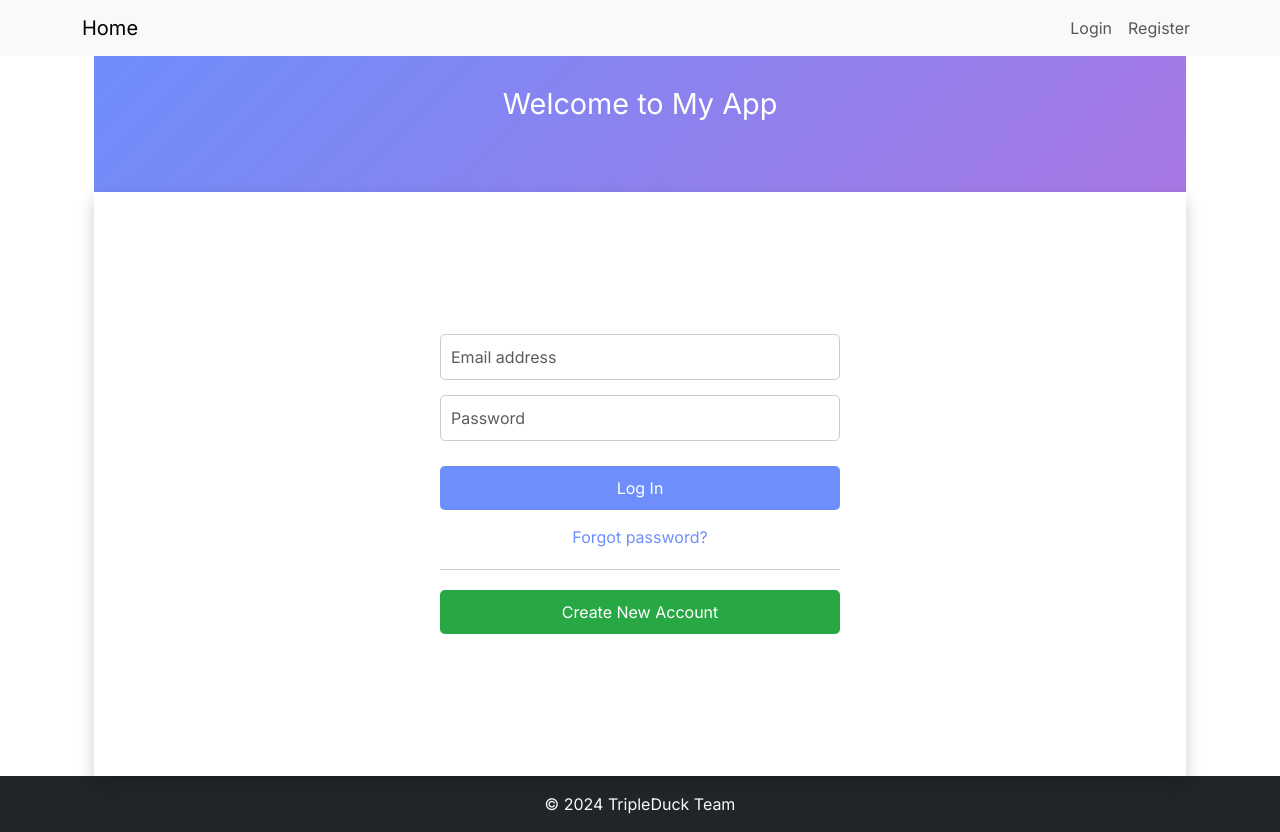
Repository: tdphong1293/KHDL01_DemoWebKafka
Page: /auth/login (app in Frontend_Client/)
An editor plug-in stored every save of this project. The page is shown before and after a run of saves, followed by the edit.
The browser window is 1280 px wide. The pictures show the whole page.
The project was rebuilt for these pictures with package versions that can differ from the ones it lists, and the page was loaded fresh each time. The framework's server and built-in components were replaced by stand-ins that run in the browser. Also part of the build but not shown: Frontend_Client/next.config.mjs.

Above is the page before, as saved 2024-07-21 20:48:13.

### Frontend_Client/src/app/layout.tsx
import type { Metadata } from "next";
import { Inter } from "next/font/google";
import 'bootstrap/dist/css/bootstrap.min.css';
// import "@/styles/globals.css";
import Header from "@/components/header";
import Footer from "@/components/footer";
import { Container } from "react-bootstrap";
import { ToastContainer } from 'react-toastify';
import 'react-toastify/dist/ReactToastify.css';

const inter = Inter({ subsets: ["latin"] });

export const metadata: Metadata = {
    title: "Create Next App",
    description: "Generated by create next app",
};

export default function RootLayout({
    children,
}: Readonly<{
    children: React.ReactNode;
}>) {
    return (
        <html lang="en">
            <body className={inter.className}>
                <Header />
                <Container>
                    {children}
                </Container>
                <Footer />
                <ToastContainer />
            </body>
        </html>
    );
}

### Frontend_Client/src/app/auth/login/page.tsx
// src/app/auth/login/page.tsx
'use client';

import { FC } from 'react';
import { Form, Button } from 'react-bootstrap';
import ClientLayout from '@/components/clientLayout';
import styles from '../../../styles/page.module.css';

const Login: FC = () => {
  const handleSubmit = (event: React.FormEvent<HTMLFormElement>) => {
    event.preventDefault();
    // Xử lý logic đăng nhập ở đây
  };

  return (
    <ClientLayout>
      <div className={styles.loginContainer}>
        <div className={styles.topPanel}>
          <p className={`${styles.description} ${styles.brand}`}>Welcome to My App</p>
        </div>
        <div className={styles.bottomPanel}>
          <Form onSubmit={handleSubmit} className={styles.loginForm}>
            <Form.Group controlId="formBasicEmail" className={styles.formGroup}>
              <Form.Control type="email" placeholder="Email address" required className={styles.input} />
            </Form.Group>

            <Form.Group controlId="formBasicPassword" className={styles.formGroup}>
              <Form.Control type="password" placeholder="Password" required className={styles.input} />
            </Form.Group>

            <Button variant="primary" type="submit" className={styles.loginButton}>
              Log In
            </Button>

            <div className={styles.forgotPassword}>
              <a href="#">Forgot password?</a>
            </div>

            <hr className={styles.separator} />

            <Button variant="success" className={styles.createAccountButton}>
              Create New Account
            </Button>
          </Form>
        </div>
      </div>
    </ClientLayout>
  );
};

export default Login;

### Frontend_Client/src/components/header.tsx
'use client'

import Container from 'react-bootstrap/Container';
import Nav from 'react-bootstrap/Nav';
import Navbar from 'react-bootstrap/Navbar';
import Link from "next/link";

function Header() {
    return (
        <Navbar expand="lg" className="bg-body-tertiary">
            <Container>
                <Navbar.Brand>
                    <Link href={"/"} className="navbar-brand">Home</Link>
                </Navbar.Brand>
                <Navbar.Toggle aria-controls="basic-navbar-nav" />
                <Navbar.Collapse id="basic-navbar-nav">
                    <Nav className="me-auto">
                        {/* Các liên kết khác nếu có */}
                    </Nav>
                    <Nav className="ms-auto"> {/* Đặt các liên kết ở góc phải */}
                        <Nav.Item>
                            <Link href={"/auth/login"} className="nav-link">Login</Link>
                        </Nav.Item>
                        <Nav.Item>
                            <Link href={"/auth/register"} className="nav-link">Register</Link>
                        </Nav.Item>
                    </Nav>
                </Navbar.Collapse>
            </Container>
        </Navbar>
    );
}

export default Header;

### Frontend_Client/src/components/footer.tsx
'use client'
export default function Footer() {
    return (
        <footer className="bg-dark text-light py-3" style={{ display: 'flex', alignItems: 'center', justifyContent: 'center' }}>
            &copy; 2024 TripleDuck Team
        </footer>
    );
};

### Frontend_Client/src/components/clientLayout.tsx
// src/components/ClientLayout.tsx
'use client';

import { Container } from 'react-bootstrap';
import Header from './header';
import Footer from './footer';
import { ReactNode } from 'react';

export default function ClientLayout({ children }: { children: ReactNode }) {
  return (
    <>
      <Container>
        {children}
      </Container>
    </>
  );
}

### Frontend_Client/src/styles/page.module.css
.main {
  display: flex;
  flex-direction: column;
  justify-content: space-between;
  align-items: center;
  padding: 6rem;
  min-height: 100vh;
}

.description {
  display: inherit;
  justify-content: inherit;
  align-items: inherit;
  font-size: 0.85rem;
  max-width: var(--max-width);
  width: 100%;
  z-index: 2;
  font-family: var(--font-mono);
}

.description a {
  display: flex;
  justify-content: center;
  align-items: center;
  gap: 0.5rem;
}

.description p {
  position: relative;
  margin: 0;
  padding: 1rem;
  background-color: rgba(var(--callout-rgb), 0.5);
  border: 1px solid rgba(var(--callout-border-rgb), 0.3);
  border-radius: var(--border-radius);
}

.code {
  font-weight: 700;
  font-family: var(--font-mono);
}

.grid {
  display: grid;
  grid-template-columns: repeat(4, minmax(25%, auto));
  max-width: 100%;
  width: var(--max-width);
}

.card {
  padding: 1rem 1.2rem;
  border-radius: var(--border-radius);
  background: rgba(var(--card-rgb), 0);
  border: 1px solid rgba(var(--card-border-rgb), 0);
  transition: background 200ms, border 200ms;
}

.card span {
  display: inline-block;
  transition: transform 200ms;
}

.card h2 {
  font-weight: 600;
  margin-bottom: 0.7rem;
}

.card p {
  margin: 0;
  opacity: 0.6;
  font-size: 0.9rem;
  line-height: 1.5;
  max-width: 30ch;
  text-wrap: balance;
}

.center {
  display: flex;
  justify-content: center;
  align-items: center;
  position: relative;
  padding: 4rem 0;
}

.center::before {
  background: var(--secondary-glow);
  border-radius: 50%;
  width: 480px;
  height: 360px;
  margin-left: -400px;
}

.center::after {
  background: var(--primary-glow);
  width: 240px;
  height: 180px;
  z-index: -1;
}

.center::before,
.center::after {
  content: "";
  left: 50%;
  position: absolute;
  filter: blur(45px);
  transform: translateZ(0);
}

.logo {
  position: relative;
}
/* Enable hover only on non-touch devices */
@media (hover: hover) and (pointer: fine) {
  .card:hover {
    background: rgba(var(--card-rgb), 0.1);
    border: 1px solid rgba(var(--card-border-rgb), 0.15);
  }

  .card:hover span {
    transform: translateX(4px);
  }
}

@media (prefers-reduced-motion) {
  .card:hover span {
    transform: none;
  }
}

/* Mobile */
@media (max-width: 700px) {
  .content {
    padding: 4rem;
  }

  .grid {
    grid-template-columns: 1fr;
    margin-bottom: 120px;
    max-width: 320px;
    text-align: center;
  }

  .card {
    padding: 1rem 2.5rem;
  }

  .card h2 {
    margin-bottom: 0.5rem;
  }

  .center {
    padding: 8rem 0 6rem;
  }

  .center::before {
    transform: none;
    height: 300px;
  }

  .description {
    font-size: 0.8rem;
  }

  .description a {
    padding: 1rem;
  }

  .description p,
  .description div {
    display: flex;
    justify-content: center;
    position: fixed;
    width: 100%;
  }

  .description p {
    align-items: center;
    inset: 0 0 auto;
    padding: 2rem 1rem 1.4rem;
    border-radius: 0;
    border: none;
    border-bottom: 1px solid rgba(var(--callout-border-rgb), 0.25);
    background: linear-gradient(
      to bottom,
      rgba(var(--background-start-rgb), 1),
      rgba(var(--callout-rgb), 0.5)
    );
    background-clip: padding-box;
    backdrop-filter: blur(24px);
  }

  .description div {
    align-items: flex-end;
    pointer-events: none;
    inset: auto 0 0;
    padding: 2rem;
    height: 200px;
    background: linear-gradient(
      to bottom,
      transparent 0%,
      rgb(var(--background-end-rgb)) 40%
    );
    z-index: 1;
  }
}

/* Tablet and Smaller Desktop */
@media (min-width: 701px) and (max-width: 1120px) {
  .grid {
    grid-template-columns: repeat(2, 50%);
  }
}

@media (prefers-color-scheme: dark) {
  .vercelLogo {
    filter: invert(1);
  }

  .logo {
    filter: invert(1) drop-shadow(0 0 0.3rem #ffffff70);
  }
}

@keyframes rotate {
  from {
    transform: rotate(360deg);
  }
  to {
    transform: rotate(0deg);
  }
}

/*Login*/
.loginContainer {
  display: flex;
  flex-direction: column;
  height: 100vh;
}

.topPanel {
  flex: 0.15;
  display: flex;
  align-items: center;
  justify-content: center;
  background: linear-gradient(135deg, #6e8efb, #a777e3);
  color: white;
  text-align: center;
  padding: 20px;
}

.bottomPanel {
  flex: 0.85;
  display: flex;
  align-items: center;
  justify-content: center;
  background: white;
  box-shadow: 0 8px 16px rgba(0, 0, 0, 0.2);
  padding: 20px;
}

.brand {
  font-size: 2.5rem;
  margin-bottom: 20px;
  animation: fadeInDown 1s ease-in-out;
}

.description {
  font-size: 1.8rem;
  margin-bottom: 40px;
}

.loginForm {
  width: 100%;
  max-width: 400px;
  animation: fadeInUp 1s ease-in-out;
}

.formGroup {
  margin-bottom: 15px;
}

.input {
  padding: 10px;
  border-radius: 5px;
  border: 1px solid #ccc;
  transition: border-color 0.3s ease;
}

.input:focus {
  border-color: #6e8efb;
  outline: none;
}

.loginButton {
  width: 100%;
  padding: 10px;
  margin-top: 10px;
  background-color: #6e8efb;
  border: none;
  border-radius: 5px;
  transition: background-color 0.3s ease;
}

.loginButton:hover {
  background-color: #a777e3;
}

.forgotPassword {
  text-align: center;
  margin-top: 15px;
}

.forgotPassword a {
  color: #6e8efb;
  text-decoration: none;
  transition: color 0.3s ease;
}

.forgotPassword a:hover {
  color: #a777e3;
}

.separator {
  margin: 20px 0;
}

.createAccountButton {
  width: 100%;
  padding: 10px;
  background-color: #28a745;
  border: none;
  border-radius: 5px;
  transition: background-color 0.3s ease;
}

.createAccountButton:hover {
  background-color: #218838;
}

@keyframes fadeInDown {
  0% {
    opacity: 0;
    transform: translateY(-20px);
  }
  100% {
    opacity: 1;
    transform: translateY(0);
  }
}

@keyframes fadeInUp {
  0% {
    opacity: 0;
    transform: translateY(20px);
  }
  100% {
    opacity: 1;
    transform: translateY(0);
  }
}

After the next 2 saves:
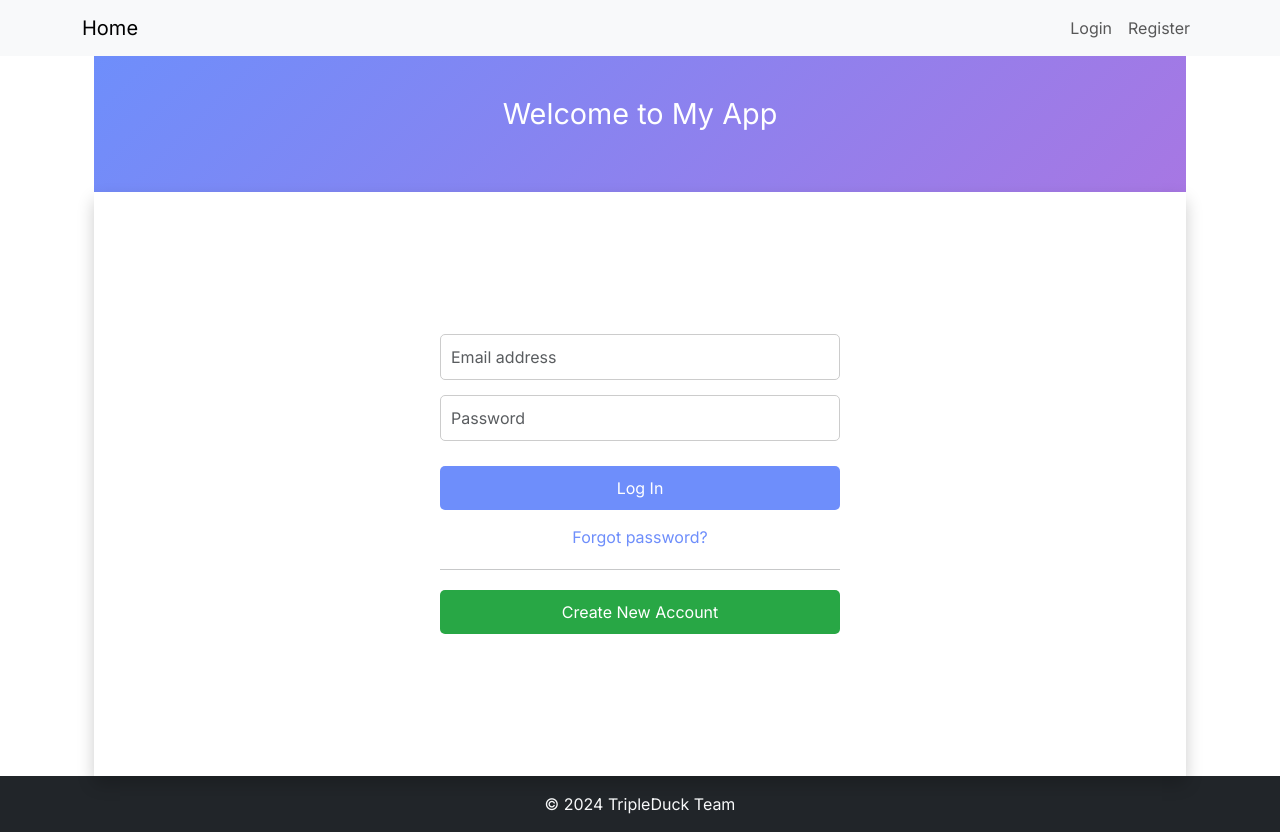
The 2 saves are shown as one change because they came seconds apart.
The last was saved 46 s later.
--- a/Frontend_Client/src/styles/page.module.css
+++ b/Frontend_Client/src/styles/page.module.css
@@ -265,7 +265,7 @@
 
 .description {
   font-size: 1.8rem;
-  margin-bottom: 40px;
+  /* margin-bottom: 40px; */
 }
 
 .loginForm {
